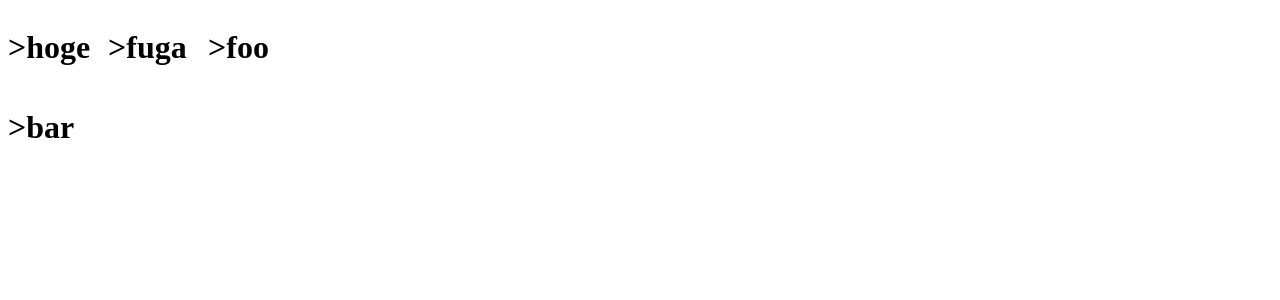
Repository: REO0315/samurai_HTML-CSS
Page: samurai/index.html
The author's editor kept a record of every edit. The page is drawn from the files as they stood at one moment, then again after the next edit.
The browser window is 1280 px wide. The pictures show the whole page.

Above is the page before.

After the next edit:
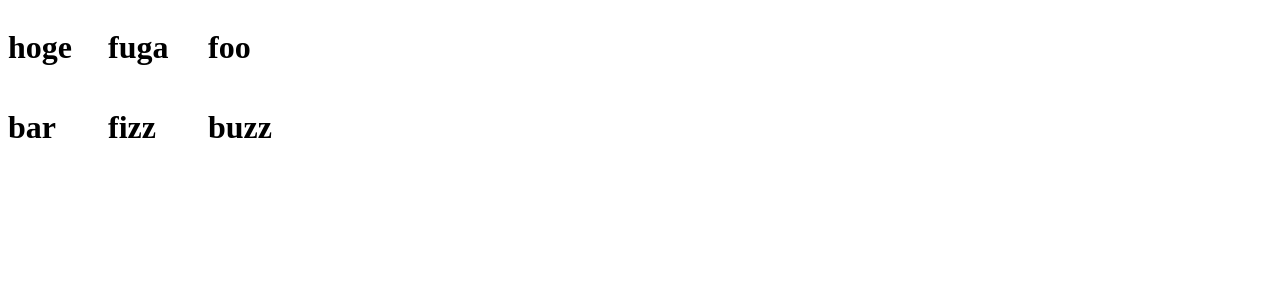
The edit:
--- a/samurai/index.html
+++ b/samurai/index.html
@@ -12,10 +12,13 @@
 </head>
 <body>
     <div id="grid">
-      <h1>>hoge</h1>
-      <h1>>fuga</h1>
-      <h1>>foo</h1>
-      <h1>>bar</h1>
+      <h1>hoge</h1>
+      <h1>fuga</h1>
+      <h1>foo</h1>
+      <h1>bar</h1>
+      <h1>fizz</h1>
+      <h1>buzz</h1>
+
     </div>
 </body>
 </html>
